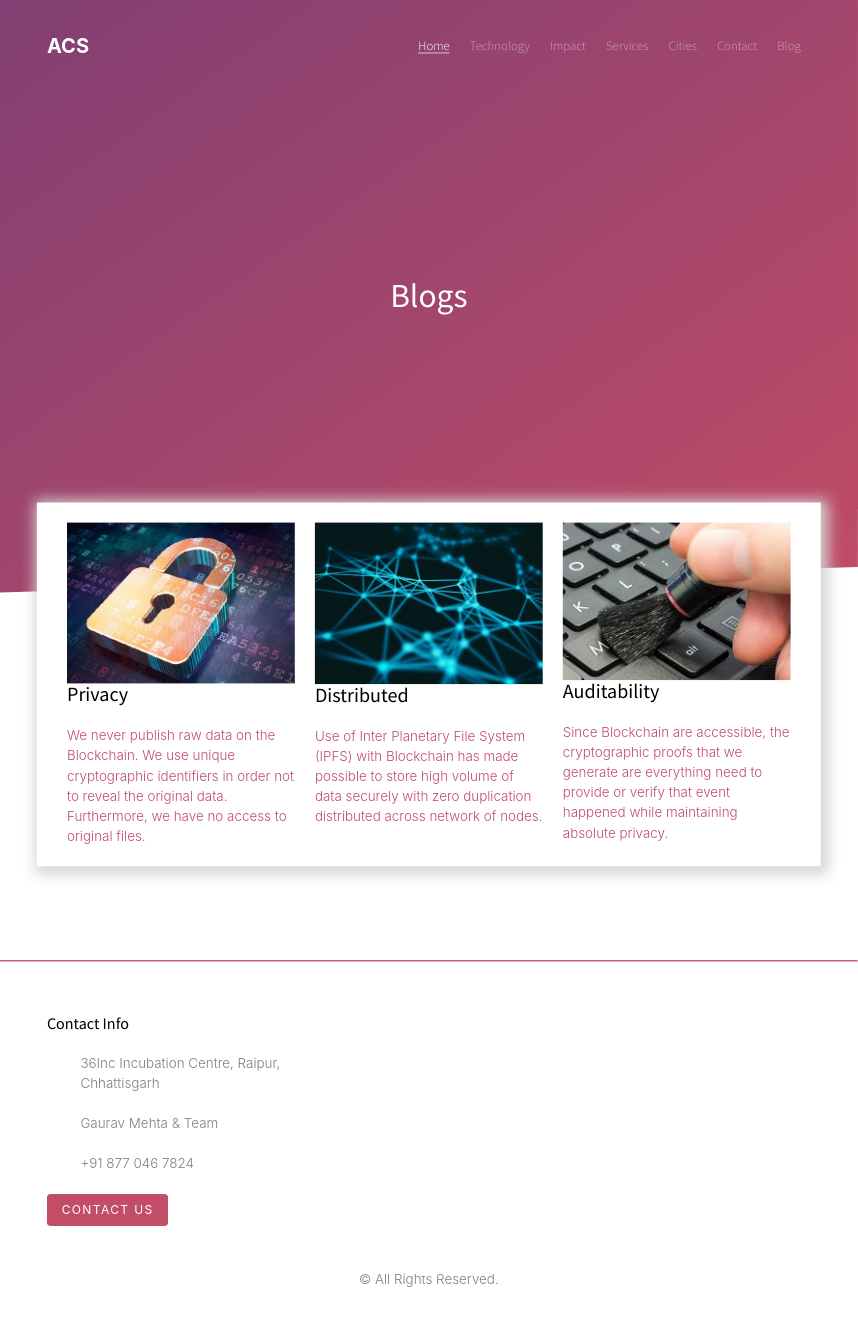
Repository: agarwalrahul-22/acs
Page: /blog
The author's editor kept a copy of each file at every save. The page is drawn from the files as they stood at one save, then again after the next save.
The browser window is 1280 px wide. The pictures show the whole page, at 67% of full size.
Some web fonts or font styles are not loaded; a fallback is used. The project was rebuilt for these pictures with package versions that can differ from the ones it lists, and the page was loaded fresh each time. Also part of the build but not shown: src/components/main/LandingComponent.js, src/components/main/TechComponent.js, src/components/main/ImpactComponent.js, src/components/main/ServicesComponent.js, src/components/main/CitiesComponent.js, src/components/main/ContactComponent.js, src/components/MainComponent.js, src/components/IBlogComponent.js.

Above is the page before, as saved 2022-10-10 22:34:37.

### public/index.html
<!DOCTYPE html>
<html lang="en">
  <head>
    <meta charset="utf-8" />
    <link rel="icon" href="%PUBLIC_URL%/favicon.ico" />
    <meta name="viewport" content="width=device-width, initial-scale=1" />
    <meta name="theme-color" content="#000000" />
    <meta name="description" content="Blockchain based Atithi Compliance System" />
    <link rel="apple-touch-icon" href="%PUBLIC_URL%/logo192.png" />
    <link href='https://fonts.googleapis.com/css?family=Source+Sans+Pro:400,300,600,400italic,700' rel='stylesheet'
      type='text/css'>
    <link rel="stylesheet" href="css/animate.css">
    <link rel="stylesheet" href="css/icomoon.css">
    <link rel="stylesheet" href="css/simple-line-icons.css">
    <link rel="stylesheet" href="css/magnific-popup.css">
    <link rel="stylesheet" href="css/bootstrap.css">
    <link rel="stylesheet" href="css/style3.css">
    <!--
      manifest.json provides metadata used when your web app is installed on a
      user's mobile device or desktop. See https://developers.google.com/web/fundamentals/web-app-manifest/
    -->
    <link rel="manifest" href="%PUBLIC_URL%/manifest.json" />
    <!--
      Notice the use of %PUBLIC_URL% in the tags above.
      It will be replaced with the URL of the `public` folder during the build.
      Only files inside the `public` folder can be referenced from the HTML.

      Unlike "/favicon.ico" or "favicon.ico", "%PUBLIC_URL%/favicon.ico" will
      work correctly both with client-side routing and a non-root public URL.
      Learn how to configure a non-root public URL by running `npm run build`.
    -->
    <title>Atithi Compliance System</title>
  </head>
  <body>
    <noscript>You need to enable JavaScript to run this app.</noscript>
    <div id="root"></div>
    <!--
      This HTML file is a template.
      If you open it directly in the browser, you will see an empty page.

      You can add webfonts, meta tags, or analytics to this file.
      The build step will place the bundled scripts into the <body> tag.

      To begin the development, run `npm start` or `yarn start`.
      To create a production bundle, use `npm run build` or `yarn build`.
    -->
  </body>
</html>

### src/components/FooterComponent.js
import React from 'react'

export default function FooterComponent() {
  return (
    <div>
      <section
        id="fh5co-contact"
        data-section="contact"
        style={{ borderTop: "2px solid #c24d67" }}
      >
        <div className="container">
          <div className="row">
              <div className="col-md-4 to-animate">
                <h3>Contact Info</h3>
                <ul className="fh5co-contact-info">
                  <li>
                    <i className="icon-home"></i>36Inc Incubation Centre,
                    Raipur, Chhattisgarh
                  </li>
                  <li>
                    <i className="icon-envelope"></i>Gaurav Mehta & Team
                  </li>
                  <li>
                    <i className="icon-phone"></i>+91 877 046 7824
                  </li>
                </ul>
                <div className="form-group ">
                  <a
                    rel="noopener"
                    className="btn btn-primary btn-lg"
                    target="_blank"
                    href="https://docs.google.com/forms/d/e/1FAIpQLScY8eRM8vKYqxOk8EkxHlNGjagj-Hm-ePQu4LbVlgjD5vNo3w/viewform"
                  >
                    Contact Us
                  </a>
                </div>
              </div>
              <div className="col-md-4">

              </div>

          </div>
        </div>
      </section>
      <footer id="footer" role="contentinfo">
        <a href="#" className="gotop js-gotop">
          <i className="icon-arrow-up2"></i>
        </a>
        <div className="container">
          <div className="">
            <div className="col-md-12 text-center">
              <p>&copy; All Rights Reserved.</p>
            </div>
          </div>
        </div>
      </footer>
    </div>
  );
}

### public/css/simple-line-icons.css
@font-face {
  font-family: 'simple-line-icons';
  src:  url('../fonts/simple-line-icons/Simple-Line-Icons.eot?v=2.2.2');
  src:  url('../fonts/simple-line-icons/Simple-Line-Icons.eot?#iefix&v=2.2.2') format('embedded-opentype'),
        url('../fonts/simple-line-icons/Simple-Line-Icons.ttf?v=2.2.2') format('truetype'),
        url('../fonts/simple-line-icons/Simple-Line-Icons.woff2?v=2.2.2') format('woff2'),
        url('../fonts/simple-line-icons/Simple-Line-Icons.woff?v=2.2.2') format('woff'),
        url('../fonts/simple-line-icons/Simple-Line-Icons.svg?v=2.2.2#simple-line-icons') format('svg');
  font-weight: normal;
  font-style: normal;
}
/*
 Use the following CSS code if you want to have a class per icon.
 Instead of a list of all class selectors, you can use the generic [class*="icon-"] selector, but it's slower:
*/
.icon-user,
.icon-people,
.icon-user-female,
.icon-user-follow,
.icon-user-following,
.icon-user-unfollow,
.icon-login,
.icon-logout,
.icon-emotsmile,
.icon-phone,
.icon-call-end,
.icon-call-in,
.icon-call-out,
.icon-map,
.icon-location-pin,
.icon-direction,
.icon-directions,
.icon-compass,
.icon-layers,
.icon-menu,
.icon-list,
.icon-options-vertical,
.icon-options,
.icon-arrow-down,
.icon-arrow-left,
.icon-arrow-right,
.icon-arrow-up,
.icon-arrow-up-circle,
.icon-arrow-left-circle,
.icon-arrow-right-circle,
.icon-arrow-down-circle,
.icon-check,
.icon-clock,
.icon-plus,
.icon-close,
.icon-trophy,
.icon-screen-smartphone,
.icon-screen-desktop,
.icon-plane,
.icon-notebook,
.icon-mustache,
.icon-mouse,
.icon-magnet,
.icon-energy,
.icon-disc,
.icon-cursor,
.icon-cursor-move,
.icon-crop,
.icon-chemistry,
.icon-speedometer,
.icon-shield,
.icon-screen-tablet,
.icon-magic-wand,
.icon-hourglass,
.icon-graduation,
.icon-ghost,
.icon-game-controller,
.icon-fire,
.icon-eyeglass,
.icon-envelope-open,
.icon-envelope-letter,
.icon-bell,
.icon-badge,
.icon-anchor,
.icon-wallet,
.icon-vector,
.icon-speech,
.icon-puzzle,
.icon-printer,
.icon-present,
.icon-playlist,
.icon-pin,
.icon-picture,
.icon-handbag,
.icon-globe-alt,
.icon-globe,
.icon-folder-alt,
.icon-folder,
.icon-film,
.icon-feed,
.icon-drop,
.icon-drawar,
.icon-docs,
.icon-doc,
.icon-diamond,
.icon-cup,
.icon-calculator,
.icon-bubbles,
.icon-briefcase,
.icon-book-open,
.icon-basket-loaded,
.icon-basket,
.icon-bag,
.icon-action-undo,
.icon-action-redo,
.icon-wrench,
.icon-umbrella,
.icon-trash,
.icon-tag,
.icon-support,
.icon-frame,
.icon-size-fullscreen,
.icon-size-actual,
.icon-shuffle,
.icon-share-alt,
.icon-share,
.icon-rocket,
.icon-question,
.icon-pie-chart,
.icon-pencil,
.icon-note,
.icon-loop,
.icon-home,
.icon-grid,
.icon-graph,
.icon-microphone,
.icon-music-tone-alt,
.icon-music-tone,
.icon-earphones-alt,
.icon-earphones,
.icon-equalizer,
.icon-like,
.icon-dislike,
.icon-control-start,
.icon-control-rewind,
.icon-control-play,
.icon-control-pause,
.icon-control-forward,
.icon-control-end,
.icon-volume-1,
.icon-volume-2,
.icon-volume-off,
.icon-calendar,
.icon-bulb,
.icon-chart,
.icon-ban,
.icon-bubble,
.icon-camrecorder,
.icon-camera,
.icon-cloud-download,
.icon-cloud-upload,
.icon-envelope,
.icon-eye,
.icon-flag,
.icon-heart,
.icon-info,
.icon-key,
.icon-link,
.icon-lock,
.icon-lock-open,
.icon-magnifier,
.icon-magnifier-add,
.icon-magnifier-remove,
.icon-paper-clip,
.icon-paper-plane,
.icon-power,
.icon-refresh,
.icon-reload,
.icon-settings,
.icon-star,
.icon-symble-female,
.icon-symbol-male,
.icon-target,
.icon-credit-card,
.icon-paypal,
.icon-social-tumblr,
.icon-social-twitter,
.icon-social-facebook,
.icon-social-instagram,
.icon-social-linkedin,
.icon-social-pinterest,
.icon-social-github,
.icon-social-gplus,
.icon-social-reddit,
.icon-social-skype,
.icon-social-dribbble,
.icon-social-behance,
.icon-social-foursqare,
.icon-social-soundcloud,
.icon-social-spotify,
.icon-social-stumbleupon,
.icon-social-youtube,
.icon-social-dropbox {
  font-family: 'simple-line-icons';
  speak: none;
  font-style: normal;
  font-weight: normal;
  font-variant: normal;
  text-transform: none;
  line-height: 1;
  /* Better Font Rendering =========== */
  -webkit-font-smoothing: antialiased;
  -moz-osx-font-smoothing: grayscale;
}
.icon-user:before {
  content: "\e005";
}
.icon-people:before {
  content: "\e001";
}
.icon-user-female:before {
  content: "\e000";
}
.icon-user-follow:before {
  content: "\e002";
}
.icon-user-following:before {
  content: "\e003";
}
.icon-user-unfollow:before {
  content: "\e004";
}
.icon-login:before {
  content: "\e066";
}
.icon-logout:before {
  content: "\e065";
}
.icon-emotsmile:before {
  content: "\e021";
}
.icon-phone:before {
  content: "\e600";
}
.icon-call-end:before {
  content: "\e048";
}
.icon-call-in:before {
  content: "\e047";
}
.icon-call-out:before {
  content: "\e046";
}
.icon-map:before {
  content: "\e033";
}
.icon-location-pin:before {
  content: "\e096";
}
.icon-direction:before {
  content: "\e042";
}
.icon-directions:before {
  content: "\e041";
}
.icon-compass:before {
  content: "\e045";
}
.icon-layers:before {
  content: "\e034";
}
.icon-menu:before {
  content: "\e601";
}
.icon-list:before {
  content: "\e067";
}
.icon-options-vertical:before {
  content: "\e602";
}
.icon-options:before {
  content: "\e603";
}
.icon-arrow-down:before {
  content: "\e604";
}
.icon-arrow-left:before {
  content: "\e605";
}
.icon-arrow-right:before {
  content: "\e606";
}
.icon-arrow-up:before {
  content: "\e607";
}
.icon-arrow-up-circle:before {
  content: "\e078";
}
.icon-arrow-left-circle:before {
  content: "\e07a";
}
.icon-arrow-right-circle:before {
  content: "\e079";
}
.icon-arrow-down-circle:before {
  content: "\e07b";
}
.icon-check:before {
  content: "\e080";
}
.icon-clock:before {
  content: "\e081";
}
.icon-plus:before {
  content: "\e095";
}
.icon-close:before {
  content: "\e082";
}
.icon-trophy:before {
  content: "\e006";
}
.icon-screen-smartphone:before {
  content: "\e010";
}
.icon-screen-desktop:before {
  content: "\e011";
}
.icon-plane:before {
  content: "\e012";
}
.icon-notebook:before {
  content: "\e013";
}
.icon-mustache:before {
  content: "\e014";
}
.icon-mouse:before {
  content: "\e015";
}
.icon-magnet:before {
  content: "\e016";
}
.icon-energy:before {
  content: "\e020";
}
.icon-disc:before {
  content: "\e022";
}
.icon-cursor:before {
  content: "\e06e";
}
.icon-cursor-move:before {
  content: "\e023";
}
.icon-crop:before {
  content: "\e024";
}
.icon-chemistry:before {
  content: "\e026";
}
.icon-speedometer:before {
  content: "\e007";
}
.icon-shield:before {
  content: "\e00e";
}
.icon-screen-tablet:before {
  content: "\e00f";
}
.icon-magic-wand:before {
  content: "\e017";
}
.icon-hourglass:before {
  content: "\e018";
}
.icon-graduation:before {
  content: "\e019";
}
.icon-ghost:before {
  content: "\e01a";
}
.icon-game-controller:before {
  content: "\e01b";
}
.icon-fire:before {
  content: "\e01c";
}
.icon-eyeglass:before {
  content: "\e01d";
}
.icon-envelope-open:before {
  content: "\e01e";
}
.icon-envelope-letter:before {
  content: "\e01f";
}
.icon-bell:before {
  content: "\e027";
}
.icon-badge:before {
  content: "\e028";
}
.icon-anchor:before {
  content: "\e029";
}
.icon-wallet:before {
  content: "\e02a";
}
.icon-vector:before {
  content: "\e02b";
}
.icon-speech:before {
  content: "\e02c";
}
.icon-puzzle:before {
  content: "\e02d";
}
.icon-printer:before {
  content: "\e02e";
}
.icon-present:before {
  content: "\e02f";
}
.icon-playlist:before {
  content: "\e030";
}
.icon-pin:before {
  content: "\e031";
}
.icon-picture:before {
  content: "\e032";
}
.icon-handbag:before {
  content: "\e035";
}
.icon-globe-alt:before {
  content: "\e036";
}
.icon-globe:before {
  content: "\e037";
}
.icon-folder-alt:before {
  content: "\e039";
}
.icon-folder:before {
  content: "\e089";
}
.icon-film:before {
  content: "\e03a";
}
.icon-feed:before {
  content: "\e03b";
}
.icon-drop:before {
  content: "\e03e";
}
.icon-drawar:before {
  content: "\e03f";
}
.icon-docs:before {
  content: "\e040";
}
.icon-doc:before {
  content: "\e085";
}
.icon-diamond:before {
  content: "\e043";
}
.icon-cup:before {
  content: "\e044";
}
.icon-calculator:before {
  content: "\e049";
}
.icon-bubbles:before {
  content: "\e04a";
}
.icon-briefcase:before {
  content: "\e04b";
}
.icon-book-open:before {
  content: "\e04c";
}
.icon-basket-loaded:before {
  content: "\e04d";
}
.icon-basket:before {
  content: "\e04e";
}
.icon-bag:before {
  content: "\e04f";
}
.icon-action-undo:before {
  content: "\e050";
}
.icon-action-redo:before {
  content: "\e051";
}
.icon-wrench:before {
  content: "\e052";
}
.icon-umbrella:before {
  content: "\e053";
}
.icon-trash:before {
  content: "\e054";
}
.icon-tag:before {
  content: "\e055";
}
.icon-support:before {
  content: "\e056";
}
.icon-frame:before {
  content: "\e038";
}
.icon-size-fullscreen:before {
  content: "\e057";
}
.icon-size-actual:before {
  content: "\e058";
}
.icon-shuffle:before {
  content: "\e059";
}
.icon-share-alt:before {
  content: "\e05a";
}
.icon-share:before {
  content: "\e05b";
}
.icon-rocket:before {
  content: "\e05c";
}
.icon-question:before {
  content: "\e05d";
}
.icon-pie-chart:before {
  content: "\e05e";
}
.icon-pencil:before {
  content: "\e05f";
}
.icon-note:before {
  content: "\e060";
}
.icon-loop:before {
  content: "\e064";
}
.icon-home:before {
  content: "\e069";
}
.icon-grid:before {
  content: "\e06a";
}
.icon-graph:before {
  content: "\e06b";
}
.icon-microphone:before {
  content: "\e063";
}
.icon-music-tone-alt:before {
  content: "\e061";
}
.icon-music-tone:before {
  content: "\e062";
}
.icon-earphones-alt:before {
  content: "\e03c";
}
.icon-earphones:before {
  content: "\e03d";
}
.icon-equalizer:before {
  content: "\e06c";
}
.icon-like:before {
  content: "\e068";
}
.icon-dislike:before {
  content: "\e06d";
}
.icon-control-start:before {
  content: "\e06f";
}
.icon-control-rewind:before {
  content: "\e070";
}
.icon-control-play:before {
  content: "\e071";
}
.icon-control-pause:before {
  content: "\e072";
}
.icon-control-forward:before {
  content: "\e073";
}
.icon-control-end:before {
  content: "\e074";
}
.icon-volume-1:before {
  content: "\e09f";
}
.icon-volume-2:before {
  content: "\e0a0";
}
.icon-volume-off:before {
  content: "\e0a1";
}
.icon-calendar:before {
  content: "\e075";
}
.icon-bulb:before {
  content: "\e076";
}
.icon-chart:before {
  content: "\e077";
}
.icon-ban:before {
  content: "\e07c";
}
.icon-bubble:before {
  content: "\e07d";
}
.icon-camrecorder:before {
  content: "\e07e";
}
.icon-camera:before {
  content: "\e07f";
}
.icon-cloud-download:before {
  content: "\e083";
}
.icon-cloud-upload:before {
  content: "\e084";
}
.icon-envelope:before {
  content: "\e086";
}
.icon-eye:before {
  content: "\e087";
}
.icon-flag:before {
  content: "\e088";
}
.icon-heart:before {
  content: "\e08a";
}
.icon-info:before {
  content: "\e08b";
}
.icon-key:before {
  content: "\e08c";
}
.icon-link:before {
  content: "\e08d";
}
.icon-lock:before {
  content: "\e08e";
}
.icon-lock-open:before {
  content: "\e08f";
}
.icon-magnifier:before {
  content: "\e090";
}
.icon-magnifier-add:before {
  content: "\e091";
}
.icon-magnifier-remove:before {
  content: "\e092";
}
.icon-paper-clip:before {
  content: "\e093";
}
.icon-paper-plane:before {
  content: "\e094";
}
.icon-power:before {
  content: "\e097";
}
.icon-refresh:before {
  content: "\e098";
}
.icon-reload:before {
  content: "\e099";
}
.icon-settings:before {
  content: "\e09a";
}
.icon-star:before {
  content: "\e09b";
}
.icon-symble-female:before {
  content: "\e09c";
}
.icon-symbol-male:before {
  content: "\e09d";
}
.icon-target:before {
  content: "\e09e";
}
.icon-credit-card:before {
  content: "\e025";
}
.icon-paypal:before {
  content: "\e608";
}
.icon-social-tumblr:before {
  content: "\e00a";
}
.icon-social-twitter:before {
  content: "\e009";
}
.icon-social-facebook:before {
  content: "\e00b";
}
.icon-social-instagram:before {
  content: "\e609";
}
.icon-social-linkedin:before {
  content: "\e60a";
}
.icon-social-pinterest:before {
  content: "\e60b";
}
.icon-social-github:before {
  content: "\e60c";
}
.icon-social-gplus:before {
  content: "\e60d";
}
.icon-social-reddit:before {
  content: "\e60e";
}
.icon-social-skype:before {
  content: "\e60f";
}
.icon-social-dribbble:before {
  content: "\e00d";
}
.icon-social-behance:before {
  content: "\e610";
}
.icon-social-foursqare:before {
  content: "\e611";
}
.icon-social-soundcloud:before {
  content: "\e612";
}
.icon-social-spotify:before {
  content: "\e613";
}
.icon-social-stumbleupon:before {
  content: "\e614";
}
.icon-social-youtube:before {
  content: "\e008";
}
.icon-social-dropbox:before {
  content: "\e00c";
}

Loaded but not shown: src/index.js (common file); src/index.css (common file); src/reportWebVitals.js (common file); public/css/animate.css (library); public/css/icomoon.css (common file); public/css/magnific-popup.css (library); public/css/bootstrap.css (library); src/components/BlogComponent.js (91 lines, source omitted); src/components/HeaderComponent.js (68 lines, source omitted); src/App.js (40 lines, source omitted); public/css/style3.css (1411 lines, source omitted)

After the next save:
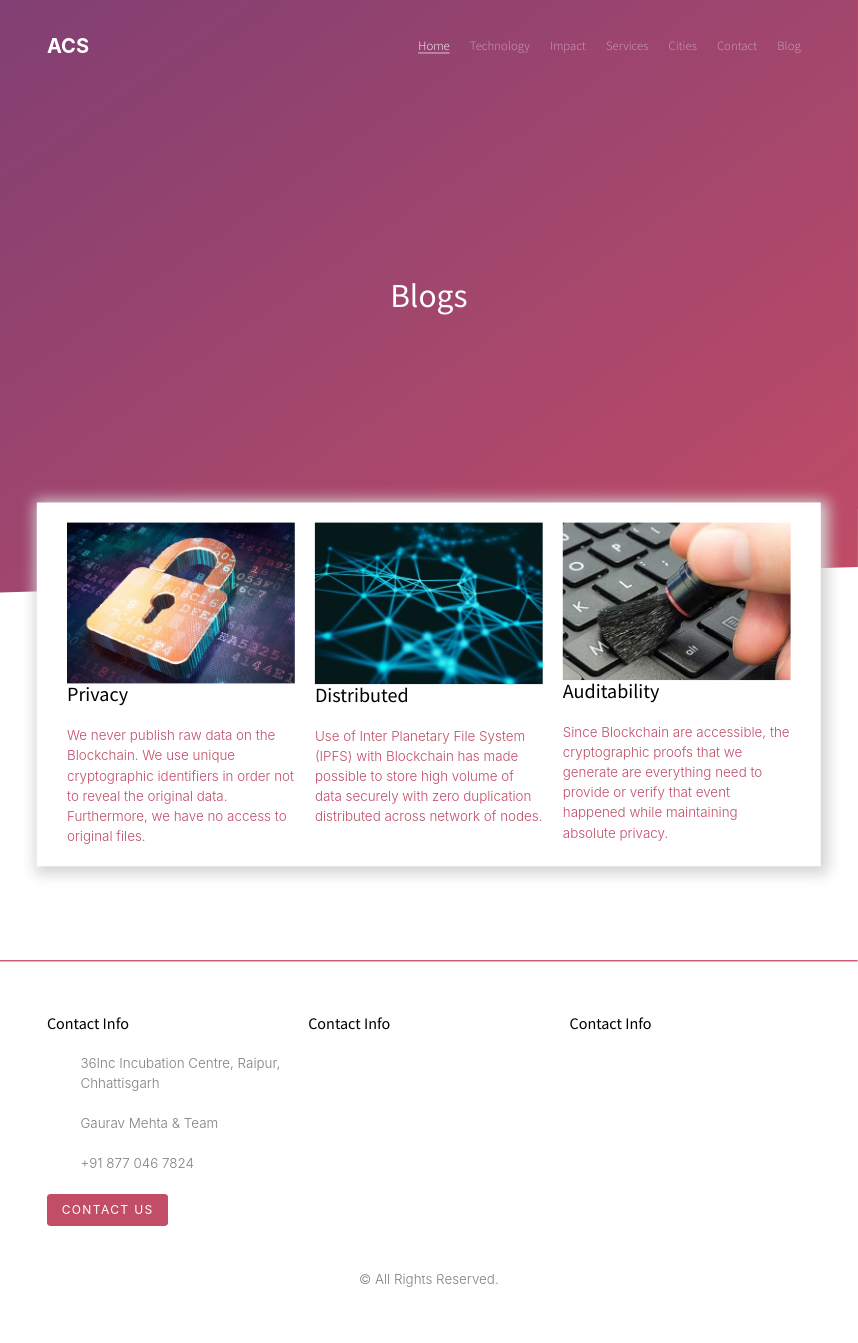
Saved 27 s later.
--- a/src/components/FooterComponent.js
+++ b/src/components/FooterComponent.js
@@ -10,35 +10,37 @@ export default function FooterComponent() {
       >
         <div className="container">
           <div className="row">
-              <div className="col-md-4 to-animate">
-                <h3>Contact Info</h3>
-                <ul className="fh5co-contact-info">
-                  <li>
-                    <i className="icon-home"></i>36Inc Incubation Centre,
-                    Raipur, Chhattisgarh
-                  </li>
-                  <li>
-                    <i className="icon-envelope"></i>Gaurav Mehta & Team
-                  </li>
-                  <li>
-                    <i className="icon-phone"></i>+91 877 046 7824
-                  </li>
-                </ul>
-                <div className="form-group ">
-                  <a
-                    rel="noopener"
-                    className="btn btn-primary btn-lg"
-                    target="_blank"
-                    href="https://docs.google.com/forms/d/e/1FAIpQLScY8eRM8vKYqxOk8EkxHlNGjagj-Hm-ePQu4LbVlgjD5vNo3w/viewform"
-                  >
-                    Contact Us
-                  </a>
-                </div>
+            <div className="col-md-4 to-animate">
+              <h3>Contact Info</h3>
+              <ul className="fh5co-contact-info">
+                <li>
+                  <i className="icon-home"></i>36Inc Incubation Centre, Raipur,
+                  Chhattisgarh
+                </li>
+                <li>
+                  <i className="icon-envelope"></i>Gaurav Mehta & Team
+                </li>
+                <li>
+                  <i className="icon-phone"></i>+91 877 046 7824
+                </li>
+              </ul>
+              <div className="form-group ">
+                <a
+                  rel="noopener"
+                  className="btn btn-primary btn-lg"
+                  target="_blank"
+                  href="https://docs.google.com/forms/d/e/1FAIpQLScY8eRM8vKYqxOk8EkxHlNGjagj-Hm-ePQu4LbVlgjD5vNo3w/viewform"
+                >
+                  Contact Us
+                </a>
               </div>
-              <div className="col-md-4">
-
-              </div>
-
+            </div>
+            <div className="col-md-4">
+              <h3>Contact Info</h3>
+            </div>
+            <div className="col-md-4">
+              <h3>Contact Info</h3>
+            </div>
           </div>
         </div>
       </section>
